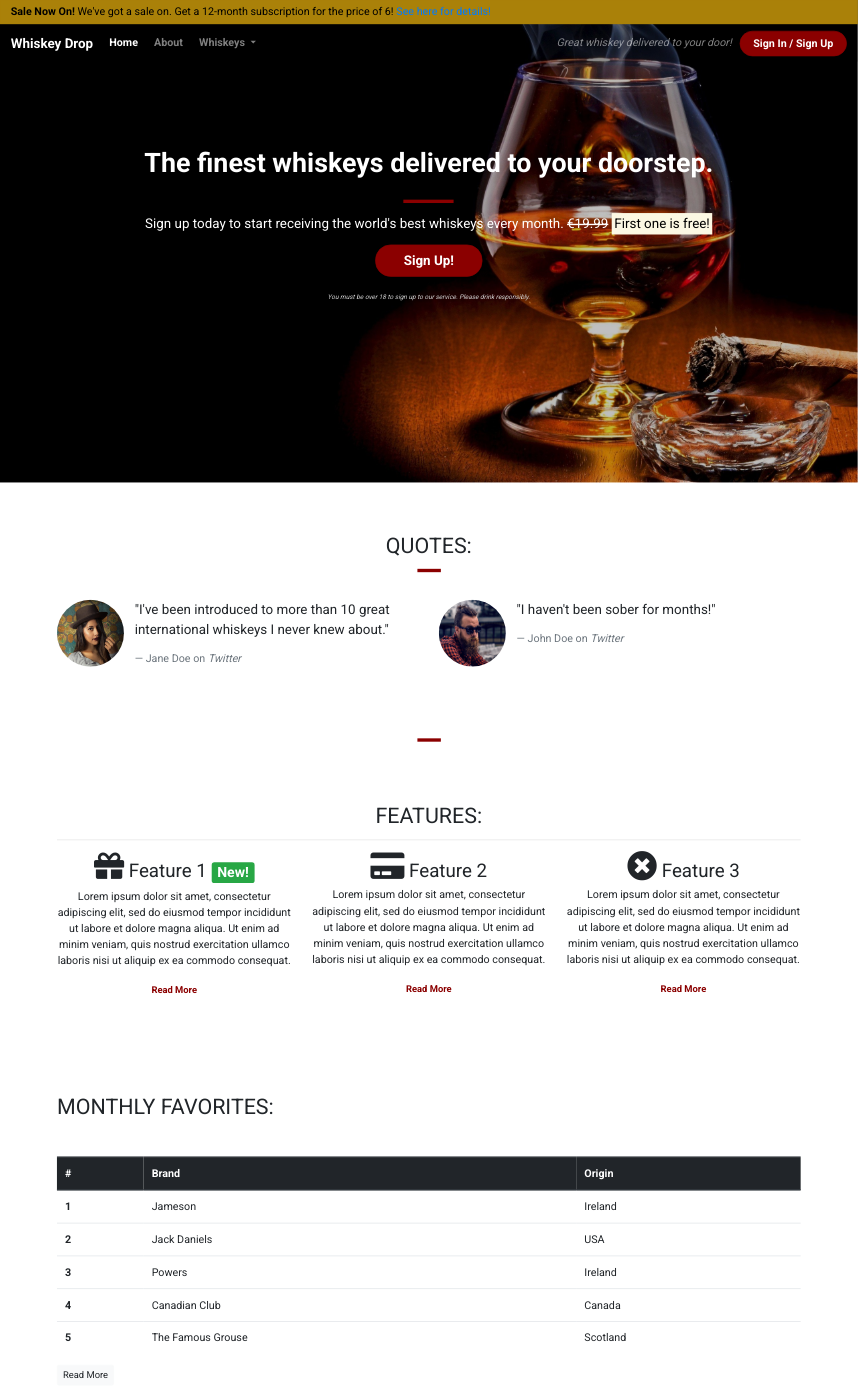
Repository: dof-bull/whiskey-drop
Page: index.html
The author's editor kept a record of every edit. The page is drawn from the files as they stood at one moment, then again after the next edit.
The browser window is 1280 px wide. The pictures show the whole page, at 67% of full size.
Backgrounds fixed to the window are drawn as part of the page. Some web libraries are served in a nearby version.

Above is the page before.

### index.html
<!DOCTYPE html>
<html lang="en-us">

<head>
  <meta charset="utf-8">
  <meta name="viewport" content="width=device-width, initial-scale=1.0">
  <title>Whiskey Drop | Taste a new whiskey every month</title>
  <link rel="stylesheet" href="https://maxcdn.bootstrapcdn.com/bootstrap/4.1.3/css/bootstrap.min.css">
  <link rel="stylesheet" href="https://use.fontawesome.com/releases/v5.6.1/css/all.css" integrity="sha384-gfdkjb5BdAXd+lj+gudLWI+BXq4IuLW5IT+brZEZsLFm++aCMlF1V92rMkPaX4PP" crossorigin="anonymous">
  <link href="https://fonts.googleapis.com/css?family=Roboto:400,700&display=swap" rel="stylesheet">
  <link rel="stylesheet" href="css/style.css" type="text/css" />
</head>

<body>

  <!-- Nav -->
  <div class="container-fluid navalert-container">
    <div class="container-fluid alert-container">
      <div class="row d-none d-sm-block">
        <div class="col-12">
          <div class="site-wide-alert alert alert-warning">
            <strong>Sale Now On!</strong> We've got a sale on. Get a 12-month subscription for the price of 6! <a href="">See here for details!</a>
          </div>
        </div>
      </div>
    </div>
    <nav class="navbar navbar-dark navbar-expand-sm">
      <a href="/" class="navbar-brand">Whiskey Drop</a>

      <button class="navbar-toggler ml-auto" type="button" data-toggle="collapse" data-target="#navbarNavDropdown" aria-controls="navbarNavDropdown" aria-expanded="false" aria-label="Toggle navigation">
        <span class="navbar-toggler-icon"></span></button>

      <div class="collapse navbar-collapse" id="navbarNavDropdown">
        <ul class="navbar-nav mr-auto">
          <li class="active nav-item mr-2"><a class="nav-link" href="/">Home</a></li>
          <li class="nav-item mr-2"><a class="nav-link" href="/about">About</a></li>
          <li class="nav-item dropdown">
            <a class="nav-link dropdown-toggle" href="#" id="navbarDropdownMenuLink" role="button" data-toggle="dropdown" aria-haspopup="true" aria-expanded="false">
          Whiskeys
        </a>
            <div class="dropdown-menu" aria-labelledby="navbarDropdownMenuLink">
              <a class="dropdown-item" href="#">Irish</a>
              <a class="dropdown-item" href="#">Scotch</a>
              <a class="dropdown-item" href="#">Japanese</a>
              <a class="dropdown-item" href="#">American</a>
            </div>
          </li>

          <li class="nav-item mr-2 d-block d-sm-none"><a class="nav-link" href="/login">Sign In / Sign Up</a></li>
        </ul>
      </div>
      <div class="d-none d-md-block">
        <p class="navbar-text my-auto mr-2"><i>Great whiskey delivered to your door!</i></p>
        <a href="/login" class="btn btn--cta btn--red">Sign In / Sign Up</a>
      </div>
    </nav>
  </div>
  <!-- /Nav -->

  <!-- Callout -->
  <div class="container-fluid callout-container">
    <div class="opaque-overlay">&nbsp;</div>
    <div class="row">
      <div class="col-12">
        <section class="callout jumbotron text-center">
          <h1 class="jumbotron-header">The finest whiskeys delivered to your doorstep.</h1>
          <hr class="block-divider block-divider--red">
          <p class="lead">Sign up today to start receiving the world's best whiskeys every month.
            <s class="d-none d-sm-inline">€19.99</s>
            <span class="d-inline d-sm-none"><br></span>
            <strong><mark>First one is free!</mark></strong></p>
          <p><button class="btn btn-lg btn--cta btn--red" data-toggle="modal" data-target="#signUpModal">Sign Up!</button></p>
          <p class="text-muted"><small>You must be over 18 to sign up to our service. Please drink responsibly.</small></p>
        </section>
      </div>
    </div>
  </div>
  <!-- /.callout -->

  <!-- Quotes -->
  <div class="container quotes-container content-container">
    <section class="quotes">
      <div class="row">
        <div class="col-12 page-header">
          <h2 class="text-uppercase">Quotes:</h2>
          <hr class="block-divider block-divider--short">
        </div>
      </div>
      <div class="row">
        <div class="col-12 col-md-6">
          <div class="media">
            <div class="d-none d-sm-block">
              <img src="images/girl-image.png" class="rounded-circle mr-3" height=100 width=100 alt="girl">
            </div>
            <div class="media-body">
              <blockquote class="blockquote">
                <p>"I've been introduced to more than 10 great international whiskeys I never knew about."</p>
                <footer class="blockquote-footer">Jane Doe on <cite title="Twitter">Twitter</cite></footer>
              </blockquote>
            </div>
          </div>
        </div>
        <div class="col-12 col-md-6">
          <div class="media">
            <div class="d-none d-sm-block">
              <img src="images/guy-image.png" class="rounded-circle mr-3" height=100 width=100 alt="guy">
            </div>
            <div class="media-body">
              <blockquote class="blockquote">
                <p>"I haven't been sober for months!"</p>
                <footer class="blockquote-footer">John Doe on <cite title="Twitter">Twitter</cite></footer>
              </blockquote>
            </div>
          </div>
        </div>
      </div>
    </section>
  </div>
  <!-- /.quotes -->
  <hr class="block-divider block-divider--short">
  <!-- Features -->
  <div class="container features-container content-container">
    <section class="features">
      <div class="row">
        <div class="col-12 page-header">
          <h2 class="text-uppercase">Features:</h2>
          <hr />
        </div>
      </div>
      <div class="row">
        <div class="col-12 col-md-6 col-lg-4">
          <div class="feature">
            <h3><i class="fas fa-gift d-none d-sm-inline"></i> Feature 1 <span class="badge badge-success">New!</span></h3>
            <p>Lorem ipsum dolor sit amet, consectetur adipiscing elit, sed do eiusmod tempor incididunt ut labore et dolore magna aliqua. Ut enim ad minim veniam, quis nostrud exercitation ullamco laboris nisi ut aliquip ex ea commodo consequat.</p>
            <p><a class="btn btn-sm btn-light" href="">Read More</a></p>
          </div>
        </div>
        <div class="col-12 col-md-6 col-lg-4">
          <div class="feature">
            <h3><i class="fas fa-credit-card d-none d-sm-inline"></i> Feature 2</h3>
            <p>Lorem ipsum dolor sit amet, consectetur adipiscing elit, sed do eiusmod tempor incididunt ut labore et dolore magna aliqua. Ut enim ad minim veniam, quis nostrud exercitation ullamco laboris nisi ut aliquip ex ea commodo consequat.</p>
            <p><a class="btn btn-sm btn-light" href="">Read More</a></p>
          </div>
        </div>
        <div class="col-12 d-md-none d-lg-block col-lg-4">
          <div class="feature">
            <h3><i class="fas fa-times-circle d-none d-sm-inline"></i> Feature 3</h3>
            <p>Lorem ipsum dolor sit amet, consectetur adipiscing elit, sed do eiusmod tempor incididunt ut labore et dolore magna aliqua. Ut enim ad minim veniam, quis nostrud exercitation ullamco laboris nisi ut aliquip ex ea commodo consequat.</p>
            <p><a class="btn btn-sm btn-light" href="">Read More</a></p>
          </div>
        </div>
      </div>
    </section>
  </div>
  <!-- /.features -->

  <!-- Monthly Favorites -->
  <div class="container monthly-favorites-container ">
    <section class="monthly-favorites d-none d-sm-none d-md-block d-lg-block">
      <div class="row">
        <div class="col-12 my-5">
          <h2 class="text-uppercase">Monthly Favorites:</h2>
        </div>
      </div>
      <table class="table">
        <thead class="thead-dark">
          <tr>
            <th scope="col">#</th>
            <th scope="col">Brand</th>
            <th scope="col">Origin</th>
          </tr>
        </thead>
        <tbody>
          <tr>
            <th scope="row">1</th>
            <td>Jameson</td>
            <td>Ireland</td>
          </tr>
          <tr>
            <th scope="row">2</th>
            <td>Jack Daniels</td>
            <td>USA</td>
          </tr>
          <tr>
            <th scope="row">3</th>
            <td>Powers</td>
            <td>Ireland</td>
          </tr>
          <tr>
            <th scope="row">4</th>
            <td>Canadian Club</td>
            <td>Canada</td>
          </tr>
          <tr>
            <th scope="row">5</th>
            <td>The Famous Grouse</td>
            <td>Scotland</td>
          </tr>
        </tbody>
      </table>
      <p><a class="btn btn-sm btn-light" href=""> Read More</a>
      </p>
    </section>
  </div>
  <!-- /.monthly favorites -->

  <!--  Modal -->
  <div class="modal" tabindex="-1" role="dialog" id="signUpModal">
    <div class="modal-dialog" role="document">
      <div class="modal-content">
        <div class="modal-header">
          <h5 class="modal-title">Sign Up To Whiskey Drop!</h5>
          <button type="button" class="close" data-dismiss="modal" aria-label="Close">
          <span aria-hidden="true">&times;</span>
        </button>
        </div>
        <div class="modal-body">
          <form>
            <div class="form-group">
              <label for="exampleInputEmail1">Email address</label>
              <input type="email" class="form-control" id="exampleInputEmail1" aria-describedby="emailHelp" placeholder="Enter email">
              <small id="emailHelp" class="form-text text-muted">We'll never share your email with anyone else.</small>
            </div>
            <div class="form-group">
              <label for="password">Password</label>
              <input type="password" class="form-control" id="password" placeholder="Password">
            </div>
            <div class="form-group">
              <label for="repeatPassword">Repeat Password</label>
              <input type="password" class="form-control" id="repeatPassword" placeholder="Repeat Password">
            </div>
            <button type="submit" class="btn btn-success">Submit</button>
          </form>
        </div>
      </div>
    </div>
  </div>
  <!--  /Modal -->

  <script src="https://code.jquery.com/jquery-3.3.1.slim.min.js" integrity="sha384-q8i/X+965DzO0rT7abK41JStQIAqVgRVzpbzo5smXKp4YfRvH+8abtTE1Pi6jizo" crossorigin="anonymous"></script>
  <script src="https://cdnjs.cloudflare.com/ajax/libs/popper.js/1.14.7/umd/popper.min.js" integrity="sha384-UO2eT0CpHqdSJQ6hJty5KVphtPhzWj9WO1clHTMGa3JDZwrnQq4sF86dIHNDz0W1" crossorigin="anonymous"></script>
  <script src="https://stackpath.bootstrapcdn.com/bootstrap/4.3.1/js/bootstrap.min.js" integrity="sha384-JjSmVgyd0p3pXB1rRibZUAYoIIy6OrQ6VrjIEaFf/nJGzIxFDsf4x0xIM+B07jRM" crossorigin="anonymous"></script>
</body>

</html>

### css/style.css
body {
    font-family: 'Roboto', sans-serif;
}

.container-wrapper {}

.container-wrapper--red {
    background-color: darkred;
    color: white;
}

.alert-container .col-12 {
    padding-left: 0;
    padding-right: 0;
}

.site-wide-alert {
    border-radius: 0;
    margin-bottom: 0;
    padding: 5px 15px;
    color: black;
    background-color: #aa8109;
    border-color: #aa8109;
}

.callout-container {
    height: 100vh;

    background: url("../images/whiskey-background.jpg") no-repeat bottom right fixed;
    -webkit-background-size: cover;
    -moz-background-size: cover;
    -o-background-size: cover;
    background-size: cover;

    display: flex;
    align-items: center;
    justify-content: center;

    position: relative;
}

.opaque-overlay {
    position: absolute;
    top: 0;
    left: 0;
    height: 100%;
    width: 100%;
    background-color: rgba(0, 0, 0, 0.25);
}

.quotes-container {}

.features-container {}

.monthly-favorites-container {}

/* Page headers */

.page-header {
    margin-bottom: 0;
    border-bottom: 0;
    text-align: center;
}

.page-header h2 {
    margin-top: 0;
}

.quotes .page-header {
    margin-bottom: 25px;
}

/* Block Dividers */

.block-divider {
    width: 75px;
    height: 5px;
    border: 0;
    background-color: darkred;
}

.block-divider--red {
    background-color: darkred;
}

.block-divider--white {
    background-color: white;
}


.block-divider--short {
    width: 35px;
}

/* Content containers */

.content-container {
    padding-top: 75px;
    padding-bottom: 75px;
}

/* Navbar */

.navalert-container {
    position: absolute;
    top: 0;
    left: 0;
    padding-left: 0;
    padding-right: 0;
    z-index: 1;
}

.navbar {
    margin-bottom: 0;
    border: 0;
    width: 100%;
    background-color: rgba(0, 0, 0, 0.25);
}

.navbar .navbar-toggler {
    border: 0;
}

.navbar-brand {
    font-weight: bold;
}

.navbar .navbar-nav a {
    font-weight: bold;
}

/* Jumobtron */

.jumbotron {
    background-color: transparent;
}

.jumbotron-header {
    color: white;
    font-weight: bold;
    margin-bottom: 30px;
}

.jumbotron .lead {
    color: white;
}


.jumbotron small {
    font-size: 60%;
    font-style: italic;
    color: #d0d0d0;
}

/* Buttons */

.btn--cta {
    font-weight: bold;
    border-radius: 23px;
    width: 160px;
}

.btn--red {
    color: white;
    background-color: darkred;
    border-color: darkred;
}

.btn--red:hover,
.btn--red:active,
.btn--red:focus,
.btn--red:active:focus {
    background-color: red;
    border-color: red;
}

.feature {
    text-align: center
}

.feature i {
    margin-bottom: 20px;
    font-size: 45px;
    line-height: 45px;
}

.feature .btn {
    background-color: white;
    border-color: white;
    border-radius: 15px;
    min-width: 100px;
    font-weight: bold;
    margin-top: 1opx;
    color: darkred;
}

After the next edit:
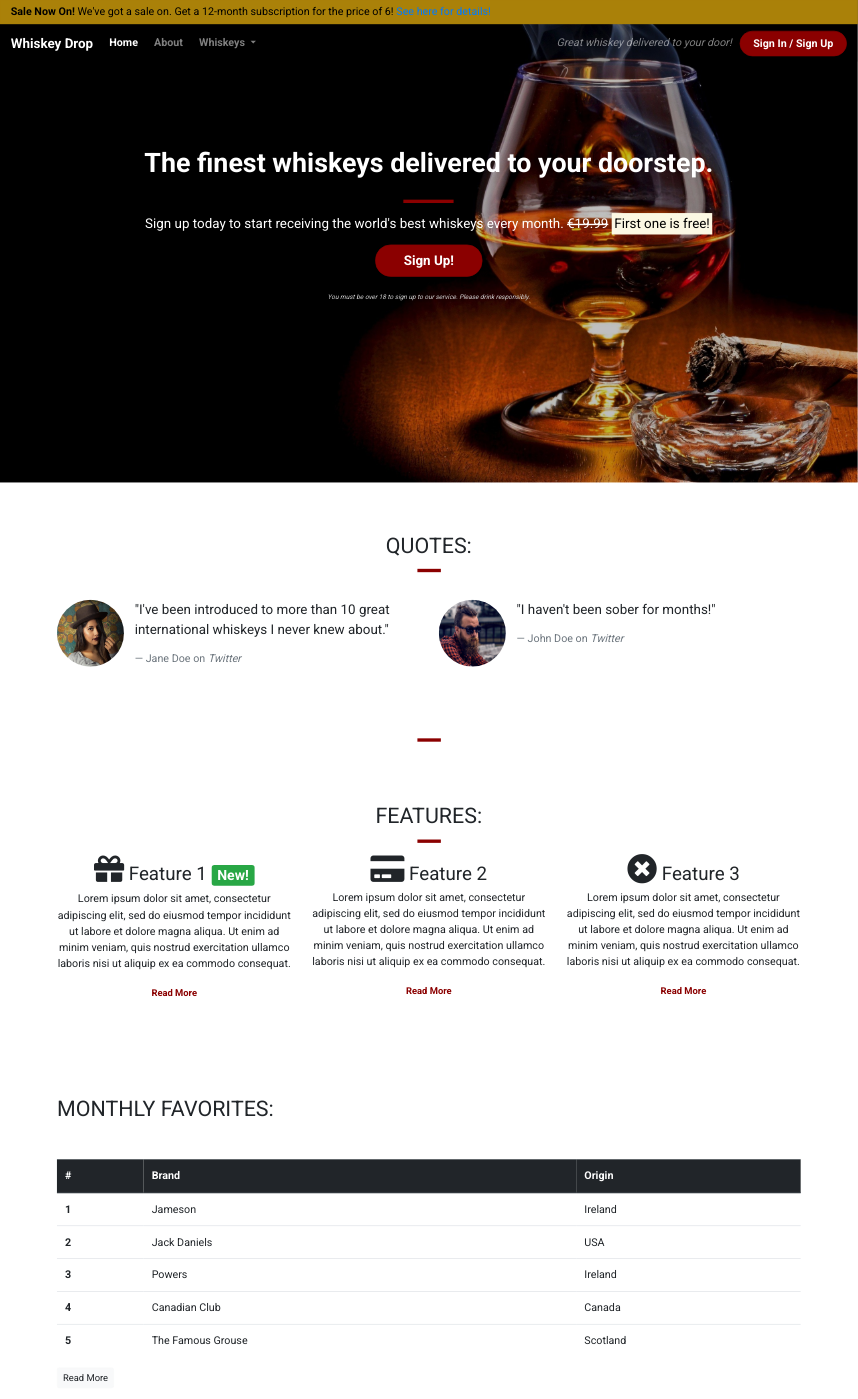
The edit:
--- a/index.html
+++ b/index.html
@@ -124,7 +124,7 @@
       <div class="row">
         <div class="col-12 page-header">
           <h2 class="text-uppercase">Features:</h2>
-          <hr />
+          <hr class="block-divider block-divider--short">
         </div>
       </div>
       <div class="row">
